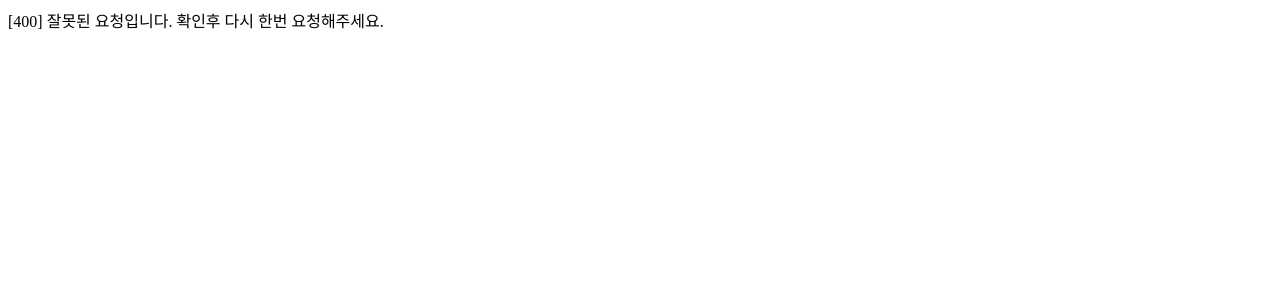
Repository: KwonIII/Spring_Framework
Page: http://localhost/ch2/error500.jsp
These files come from the project's save history. The page is drawn as it stood at one moment and after the next save; the edit follows.
The browser window is 1280 px wide. The pictures show the whole page.
The page is served by Tomcat 9.

Above is the page before, as saved 2024-01-25 07:28:55.

After the next save:
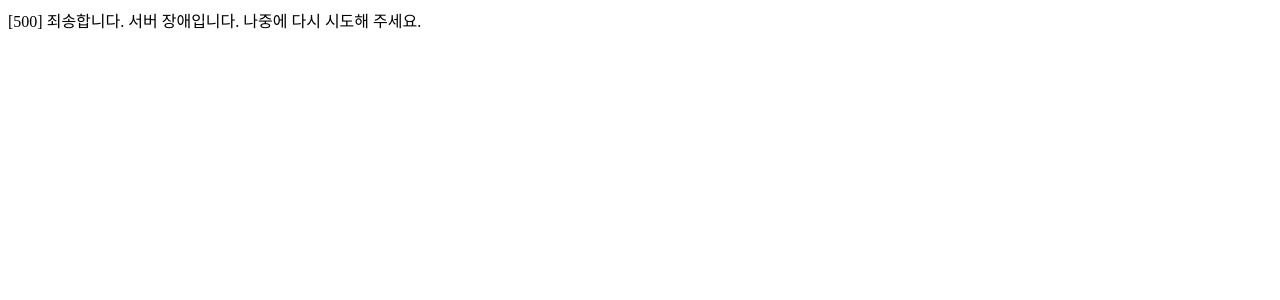
Saved 31 s later.
--- a/ch2/src/main/webapp/error500.jsp
+++ b/ch2/src/main/webapp/error500.jsp
@@ -1,2 +1,2 @@
 <%@ page contentType="text/html;charset=utf-8" isErrorPage="true"%>
-[400] 잘못된 요청입니다. 확인후 다시 한번 요청해주세요.
+[500] 죄송합니다. 서버 장애입니다. 나중에 다시 시도해 주세요.
